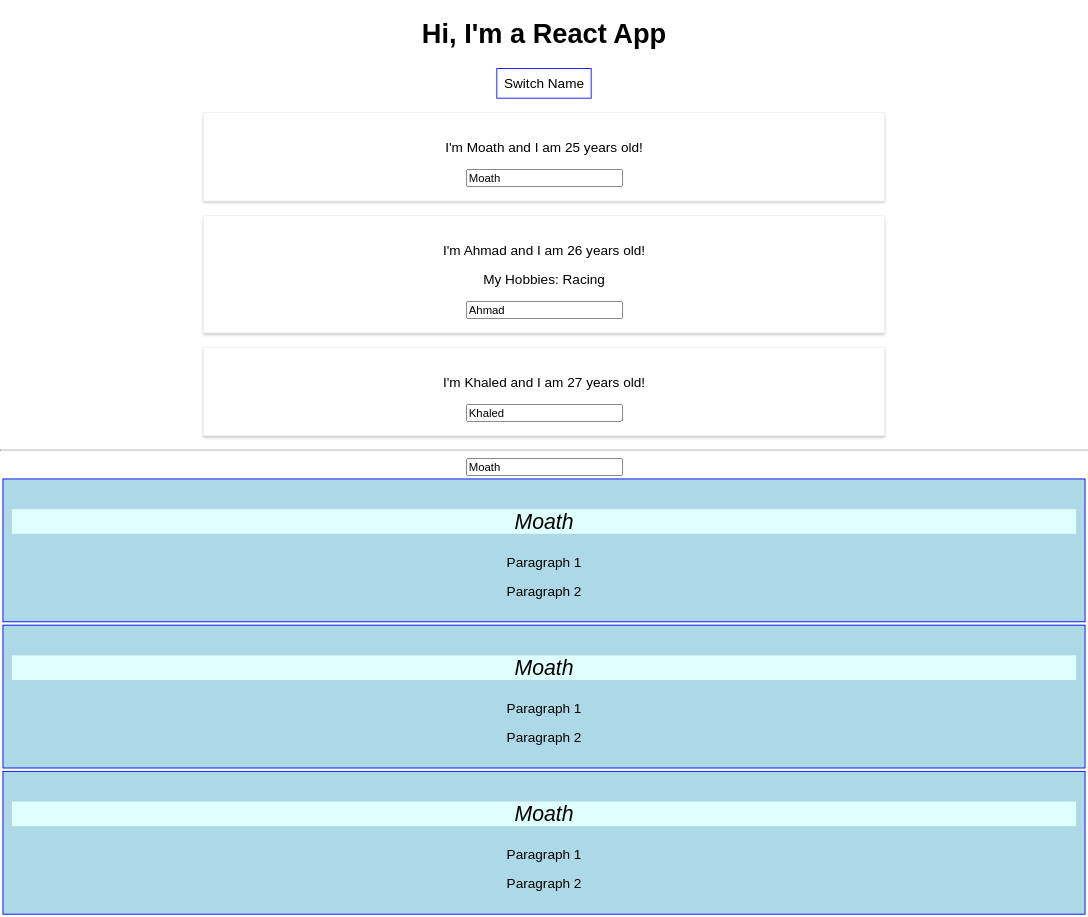
Repository: MuathYHKefayah/React-Basics
Page: /
The author's editor kept a copy of each file at every save. The page is drawn from the files as they stood at one save, then again after the next save.
The browser window is 1280 px wide. The pictures show the whole page, at 85% of full size.
The project was rebuilt for these pictures with package versions that can differ from the ones it lists, and the page was loaded fresh each time.

Above is the page before, as saved 2020-12-12 10:26:39.

### src/App.js
import React, { Component } from 'react';
import './App.css';
import Person from './Person/Person';
import UserInput from './UserInput/UserInput';
import UserOutput from './UserOutput/UserOutput';

class App extends Component {
  state = {
     persons: [
       { name:'Moath', age: 25},
       { name:'Ahmad', age: 26},
       { name:'Khaled', age: 27},
     ],
     username: "Moath"
  }

  switchNameHandler  = (newName, newAge) => {
    //Don't Do This: this.state.persons[0].name = "Max";
    this.setState({
      persons: [
        { name:newName, age: 25},
        { name:'Ahmad', age: 26},
        { name:'Khaled', age: newAge},
      ]
    })
  }

  nameChangedHandler = (event) => {
    this.setState({
      persons: [
        { name:'Moath', age: 25},
        { name: event.target.value, age: 26},
        { name:'Khaled', age: 27},
      ]
    })
  }

  usernameChangedHandelr = (event) => {
    this.setState({
      username: event.target.value
    })
  }

  render() {
    const style = {
      backgroundColor: 'white',
      font: 'inherit',
      border: '1px solid blue',
      padding: '8px',
      cursor: 'pointer'
    };

    return (
      // jsx \\ write html code in js file
      <div className="App">
        <h1>Hi, I'm a React App</h1>
        <button
          style={style}
          onClick={() => this.switchNameHandler('Moath!!', 30)}>Switch Name</button>
        <Person name={this.state.persons[0].name} age={this.state.persons[0].age}/>
        <Person
          name={this.state.persons[1].name}
          age={this.state.persons[1].age}
          click={this.switchNameHandler.bind(this, 'Moath!', 40)}
          changed={this.nameChangedHandler}
          >My Hobbies: Racing</Person>
        <Person name={this.state.persons[2].name} age={this.state.persons[2].age}/>
        <hr/>
        <UserInput
          name={this.state.username}
          changed={this.usernameChangedHandelr}/>

        <UserOutput name={this.state.username}/>
        <UserOutput name={this.state.username}/>
        <UserOutput name={this.state.username}/>

      </div>
    );
    //return React.createElement('div', {className: 'App'} , React.createElement('h1', null , 'Hi, I\'m a React App !!!' ))
  }
}

export default App;

### src/Person/Person.js
import React from 'react';
import './Person.css';

const person = (props) => {
    return (
        <div className="Person">
            <p onClick={props.click}>I'm {props.name} and I am {props.age} years old!</p>
            <p>{props.children}</p>
            <input type="text" onChange={props.changed} value={props.name}/>
        </div>
    )
};

export default person;

### src/UserInput/UserInput.js
import React, { Component } from 'react';


class UserInput extends Component{
    render(){
        return(
            <div className="UserInput">
                <input
                    type="text"
                    onChange={this.props.changed}
                    value={this.props.name}/>
            </div>

        );
    }
}

export default UserInput;

### src/UserOutput/UserOutput.js
import React, { Component } from 'react';
import './UserOutput.css'

class UserOutput extends Component {

    render(){
        const style = {
            backgroundColor: 'lightcyan',
            fontStyle: 'oblique',
            fontSize: '25px'
        };
        return(
            <div className="UserOutput">
                <p style={style}>{this.props.name}</p>
                <p>Paragraph 1</p>
                <p>Paragraph 2</p>
            </div>
        );
    }
}

export default UserOutput;

### src/UserOutput/UserOutput.css
.UserOutput{
    border: 1px solid blue;
    padding: 10px;
    background-color: lightblue;
    margin: 3px;
}

Loaded but not shown: public/index.html (common file); src/index.js (common file); src/index.css (common file); src/registerServiceWorker.js (common file); src/App.css (common file); src/Person/Person.css (common file)

After the next save:
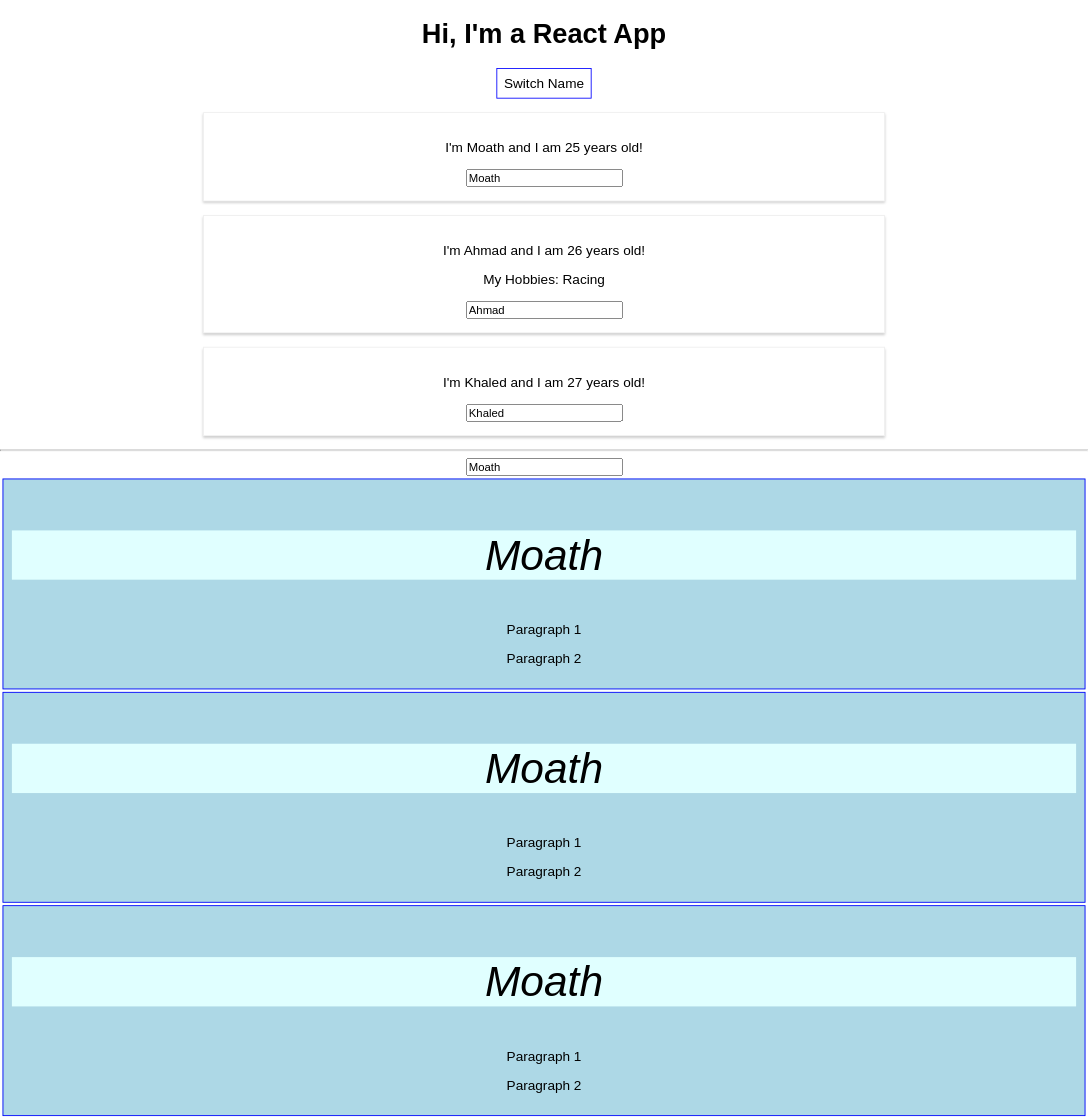
Saved 12 s later.
--- a/src/UserOutput/UserOutput.js
+++ b/src/UserOutput/UserOutput.js
@@ -7,7 +7,7 @@ class UserOutput extends Component {
         const style = {
             backgroundColor: 'lightcyan',
             fontStyle: 'oblique',
-            fontSize: '25px'
+            fontSize: '50px'
         };
         return(
             <div className="UserOutput">
